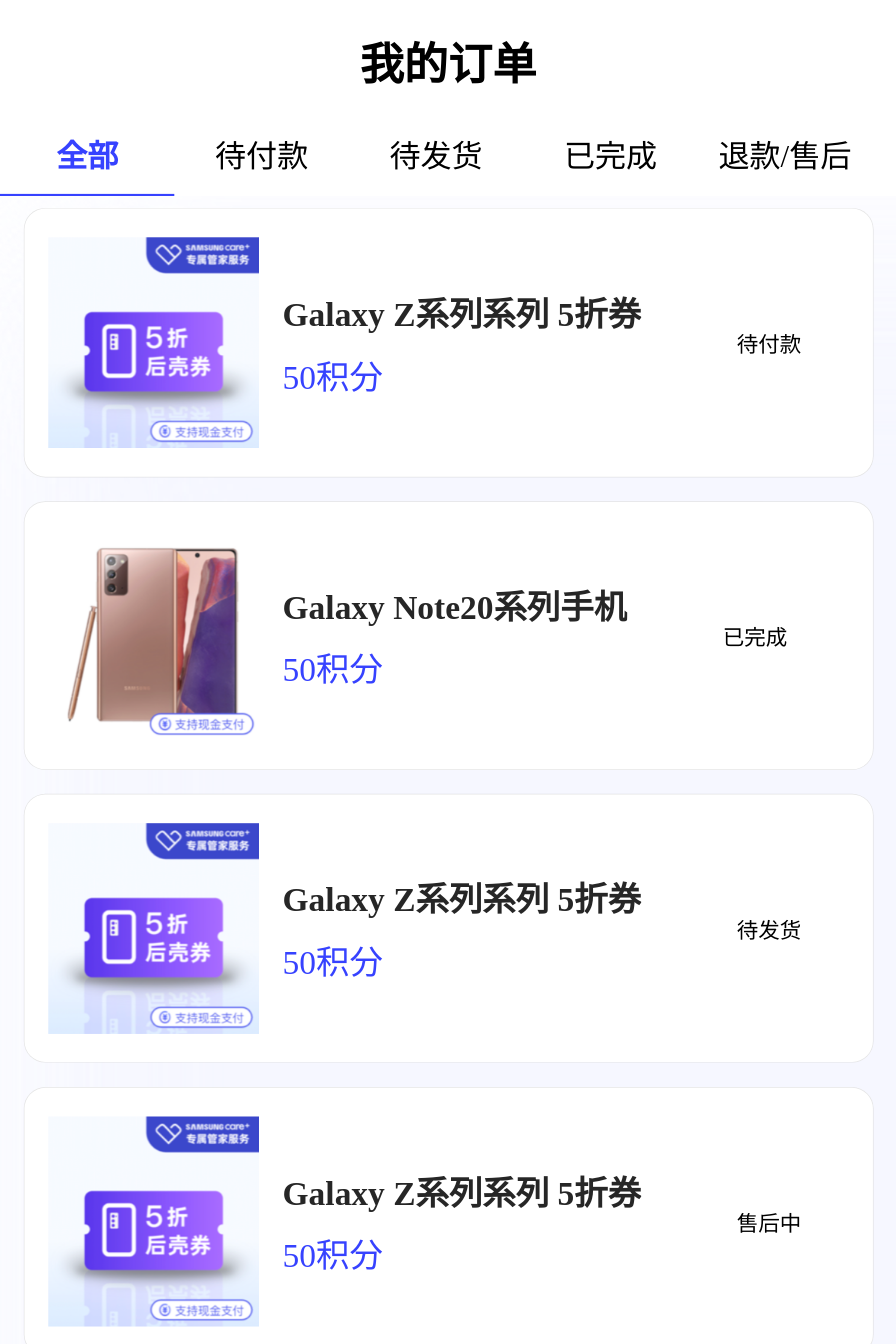
Repository: lucky-LoL735/jfsc
Page: myOrder.html
These files come from the project's save history. The page is drawn as it stood at one moment and after the next save; the edit follows.
The browser window is 1280 px wide. The pictures show the part of the page from y = 0 to 1920 px (the page is 2808 px tall), at 70% of full size.

Above is the page before, as saved 2022-11-19 18:36:09.

After the next save:
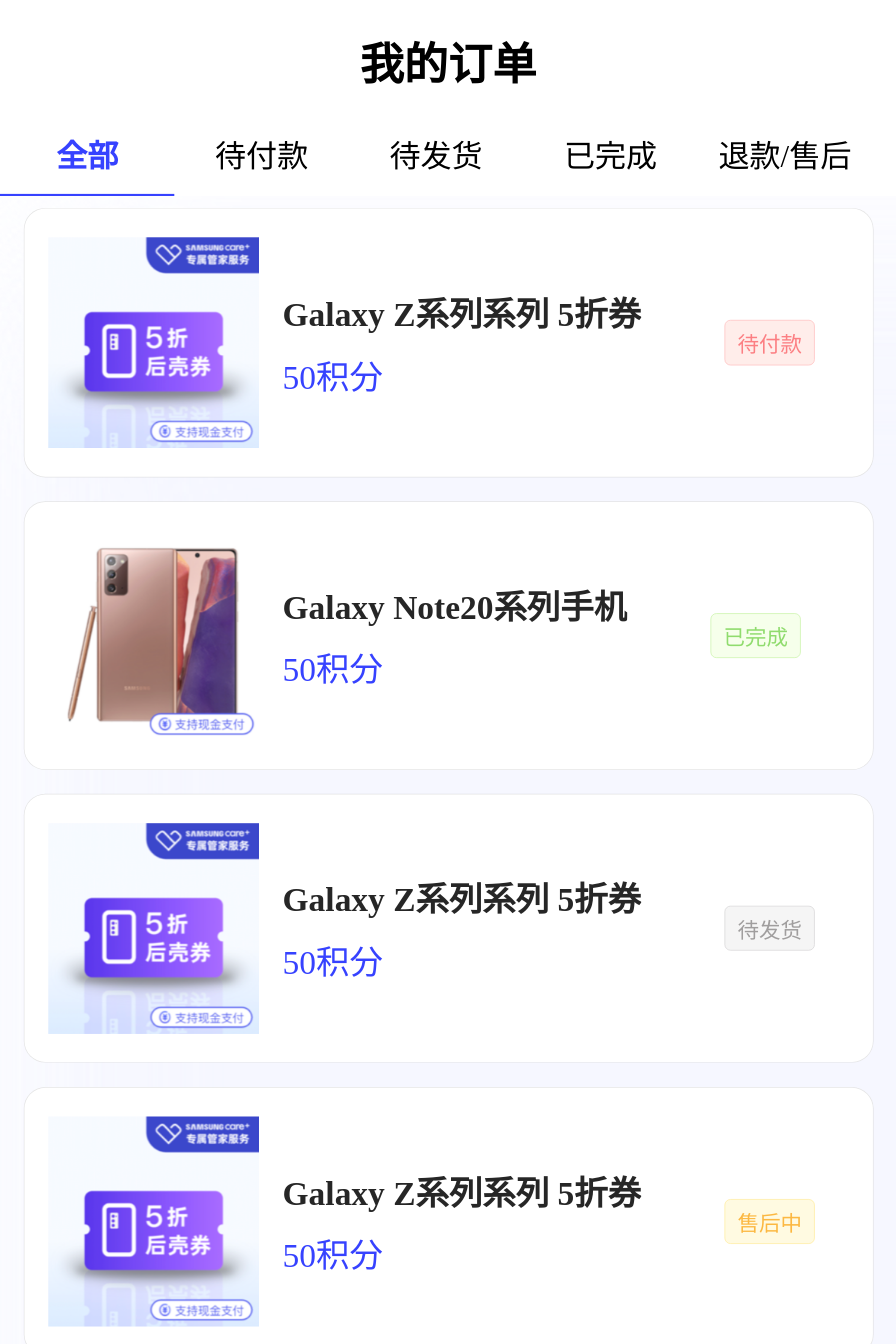
Saved 2 min 0 s later.
--- a/myOrder.html
+++ b/myOrder.html
@@ -228,7 +228,7 @@
                 <p>${item[i].number}</p>
             </div>
             <div class="badge">
-            <span class=${item[i].statusOrder}>${item[i].status}</span>
+            <span class=${item[i].statusFlag}>${item[i].status}</span>
          </div>
         </div>`
         }
